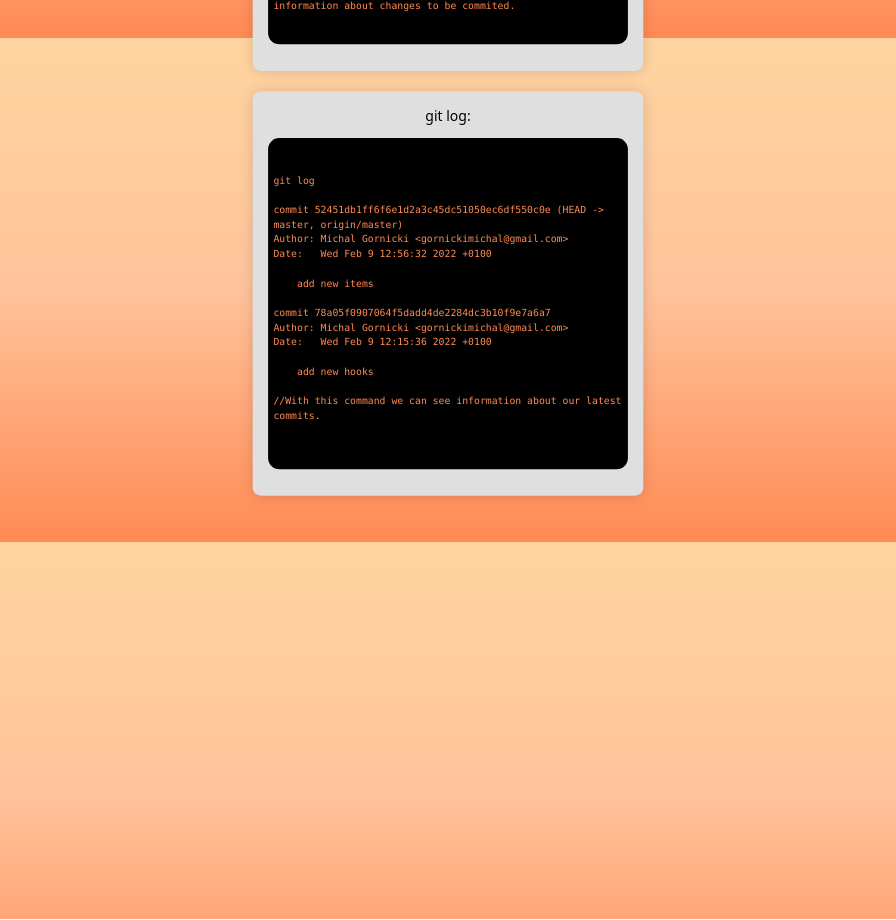
Repository: michalgornicki/git
Page: /
These files come from the project's save history. The page is drawn as it stood at one moment and after the next save; the edit follows.
The browser window is 1280 px wide. The pictures show the part of the page from y = 2105 to 4025 px (the page is 3419 px tall before and 4025 px after), at 70% of full size.
Backgrounds fixed to the window are drawn as part of the page. The project was rebuilt for these pictures with package versions that can differ from the ones it lists, and the page was loaded fresh each time. Imported but missing from the stored project, and not drawn on this page: src/components/DOM manipulation.jsx, src/components/async.jsx, src/components/loops.jsx, src/components/numbers.jsx, src/components/variables.jsx, src/components/window.jsx.

Above is the page before, as saved 2022-02-10 08:37:06.

### src/App.jsx
import React from "react";
import "./App.css";
import "bootstrap/dist/css/bootstrap.min.css";
import { Route, HashRouter as Router, Routes, Link } from "react-router-dom";
import Arrays from "./components/arrays.jsx"
import Variables from "./components/variables.jsx"
import Numbers from "./components/numbers.jsx"
import Loops from "./components/loops.jsx"
import Async from "./components/async.jsx"
import DOM from "./components/DOM manipulation.jsx"
import Window from "./components/window.jsx"

function App() {


  return (


    <Router>
    <div className="text-center">
      <div className="display-1 mt-1 mb-5 text-white">Git repeat course</div>

      <div className="h3 d-flex w-75 m-auto my-5 justify-content-evenly flex-wrap text-white">

      <Link className="link-style mx-3" to="/">Basics</Link>
      <Link className="link-style mx-3" to="/Numbers"></Link>
      <Link className="link-style mx-3" to="/Variables"></Link>
      <Link className="link-style mx-3" to="/Loops"></Link>
      <Link className="link-style mx-3" to="/Async"></Link>
      <Link className="link-style mx-3" to="/DOM"></Link>
      <Link className="link-style mx-3" to="/Window"></Link>


      </div>

      <Routes>
          <Route path="/" element={<Arrays />} />
          <Route path="/Numbers" element={<Numbers />} />
          <Route path="/Variables" element={<Variables />} />
          <Route path="/Loops" element={<Loops />} />
          <Route path="/Async" element={<Async />} />
          <Route path="/DOM" element={<DOM />} />
          <Route path="/Window" element={<Window />} />
        </Routes>


    </div>
    </Router>
  );
}

export default App;

### src/App.css
@import url('https://fonts.googleapis.com/css2?family=Catamaran:wght@400&display=swap');

body{
    font-family: 'Catamaran', sans-serif;
    overflow-x: hidden;
    padding-bottom: 80vh;
    height: auto;
    background: linear-gradient(rgb(255, 212, 160), rgb(255, 195, 155), rgb(255, 138, 84));
    background-attachment: fixed;
}

.js-item{
    color:rgb(0, 0, 0);
    font-size: 1.25rem;
    background-color: rgb(223, 223, 223);
    transition: 0.2s;
    padding: 3vh;
    margin-bottom: 4vh!important;
    width: 50%;
    margin-left: auto;
    margin-right: auto;
    box-shadow: 0px 0px 20px rgba(0, 0, 0, 0.15);
    border-radius: 0.75rem;
}

.js-item:hover{
    cursor: pointer;
    background-color: rgb(240, 240, 240);
}

.text-pink{
    padding: 0.5rem;
    margin-top: 1rem;
    margin-bottom: 1rem;
    color:rgb(255, 138, 84)!important;
    font-size: 1rem;
    border-radius: 1rem;
    text-align: left;
    background-color: black;
}

pre {
    white-space: pre-wrap;       /* css-3 */
    white-space: -moz-pre-wrap;  /* Mozilla, since 1999 */
    white-space: -pre-wrap;      /* Opera 4-6 */
    white-space: -o-pre-wrap;    /* Opera 7 */
    word-wrap: break-word;       /* Internet Explorer 5.5+ */
   }

.link-style{
    color: inherit;
    text-decoration: inherit;
}

.link-style:hover{
    color: rgb(255, 138, 84);
}

@media only screen and (max-device-width: 600px), (max-width: 600px) {

    .js-item{
        width: 95%;
    }

}

### src/components/arrays.jsx
const Arrays = () => {

  return (
    <div className="container">
      <div className="js-item">
        {" "}
        <div className="">Setup: </div>
        <div className="text-pink">
          <pre>{`
First you should:
1. Install git from git website:
https://git-scm.com/book/en/v2/Getting-Started-Installing-Git
2. Signup for Github account (or similar alternative like Gitlab) and create new repository.

If you use Microsoft Visual Studio Code (which i recommend) you can skip first point, because it have git built-in.
You can control git using terminal.
          `}</pre>
          </div>
      </div>
      <div className="js-item">
        {" "}
        <div className="">git clone: </div>
        <div className="text-pink">
          <pre>{`
git clone https://github.com/michalgornicki/react.git

//Cloning repo will download all of the project's code and metadata from source.
          `}</pre>
          </div>
      </div>

      <div className="js-item">
        {" "}
        <div className="">git status: </div>
        <div className="text-pink">
          <pre>{`
git status

On branch master
Your branch is up to date with 'origin/master'.

nothing to commit, working tree clean

//Git status show us status of our changes:
//1. On which branch we are working.
//2. Our local branch master is up to date with remote branch master.
//   Origin means place which is "source of truth" of state of our project, which is Github in this case.
//3. Nothing to commit - we didnt add any changes to code yet to "commit".
          `}</pre>
          </div>
      </div>
      <div className="js-item">
        {" "}
        <div className="">git add: </div>
        <div className="text-pink">
          <pre>{`
git add <filename> - add one file for git tracking.

git add . - add all files in working directory for git tracking.

//Git add is adding changes to "staging area".
//When we will add files for tracking, "git status" will return information about changes to be commited.
          `}</pre>
          </div>
      </div>

      <div className="js-item">
        {" "}
        <div className="">git commit: </div>
        <div className="text-pink">
          <pre>{`
git commit -m "add links to navigation"

//Git commit takes everything from the staging area and makes a "snapshot" of the current state of your repository that is associated with a unique identifier.
//We need to add detailed message to our commit with flag -m, to later identify what meaned each commit.
//After adding files for tracking, "git status" will return information about changes to be commited.
          `}</pre>
          </div>
      </div>

      <div className="js-item">
        {" "}
        <div className="">git log: </div>
        <div className="text-pink">
          <pre>{`

git log

commit 52451db1ff6f6e1d2a3c45dc51050ec6df550c0e (HEAD -> master, origin/master)
Author: Michal Gornicki <gornickimichal@gmail.com>
Date:   Wed Feb 9 12:56:32 2022 +0100

    add new items

commit 78a05f0907064f5dadd4de2284dc3b10f9e7a6a7
Author: Michal Gornicki <gornickimichal@gmail.com>
Date:   Wed Feb 9 12:15:36 2022 +0100

    add new hooks

//With this command we can see information about our latest commits.

          `}</pre>
          </div>
      </div>

      </div>
  );
};

export default Arrays;

Loaded but not shown: public/index.html (common file); src/index.js (common file); src/index.css (common file); src/reportWebVitals.js (common file)

After the next save:
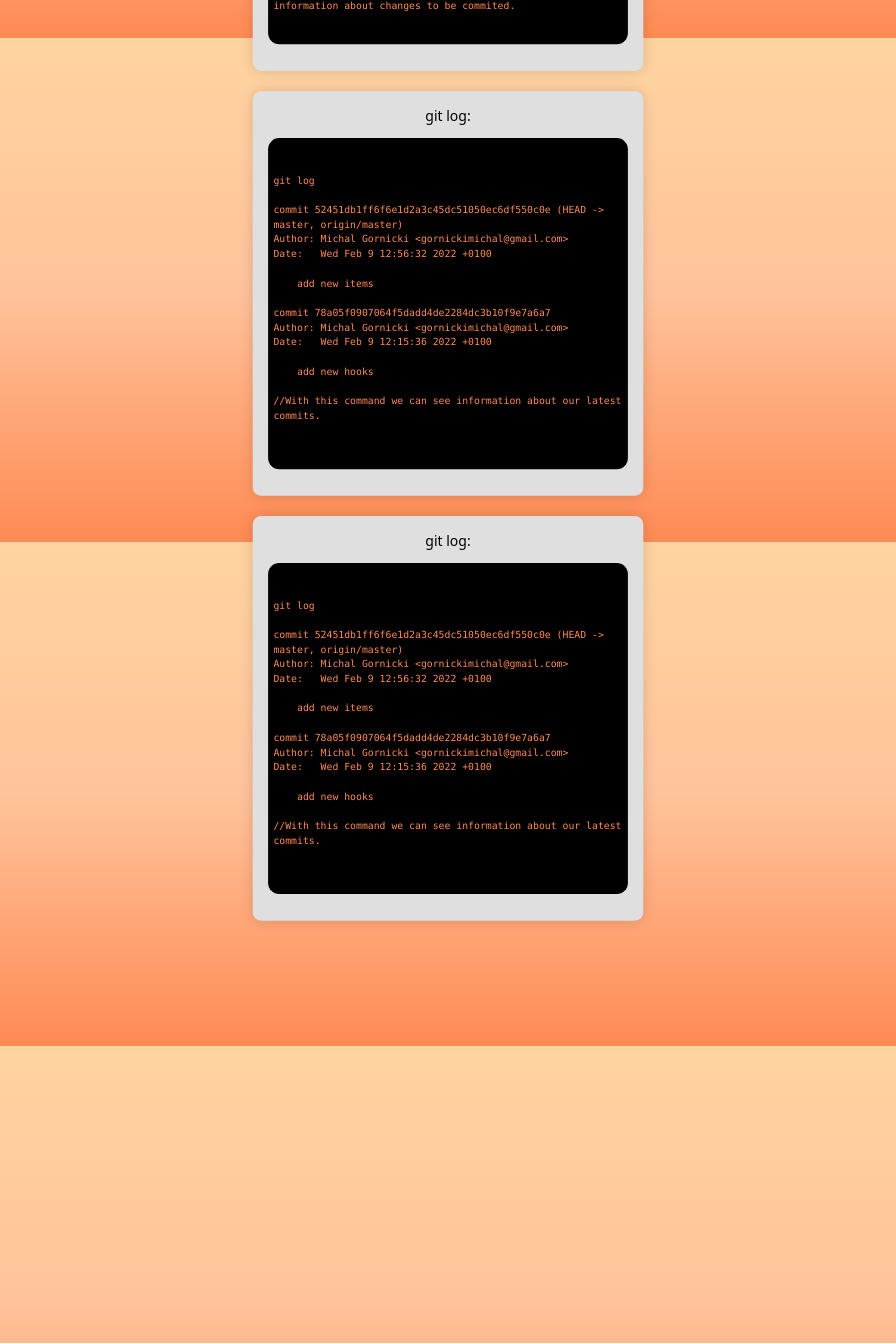
Saved 15 s later.
--- a/src/components/arrays.jsx
+++ b/src/components/arrays.jsx
@@ -104,6 +104,32 @@ Date:   Wed Feb 9 12:15:36 2022 +0100
           </div>
       </div>
 
+      <div className="js-item">
+        {" "}
+        <div className="">git log: </div>
+        <div className="text-pink">
+          <pre>{`
+
+git log
+
+commit 52451db1ff6f6e1d2a3c45dc51050ec6df550c0e (HEAD -> master, origin/master)
+Author: Michal Gornicki <gornickimichal@gmail.com>
+Date:   Wed Feb 9 12:56:32 2022 +0100
+
+    add new items
+
+commit 78a05f0907064f5dadd4de2284dc3b10f9e7a6a7
+Author: Michal Gornicki <gornickimichal@gmail.com>
+Date:   Wed Feb 9 12:15:36 2022 +0100
+
+    add new hooks
+
+//With this command we can see information about our latest commits.
+
+          `}</pre>
+          </div>
+      </div>
+
       </div>
   );
 };
